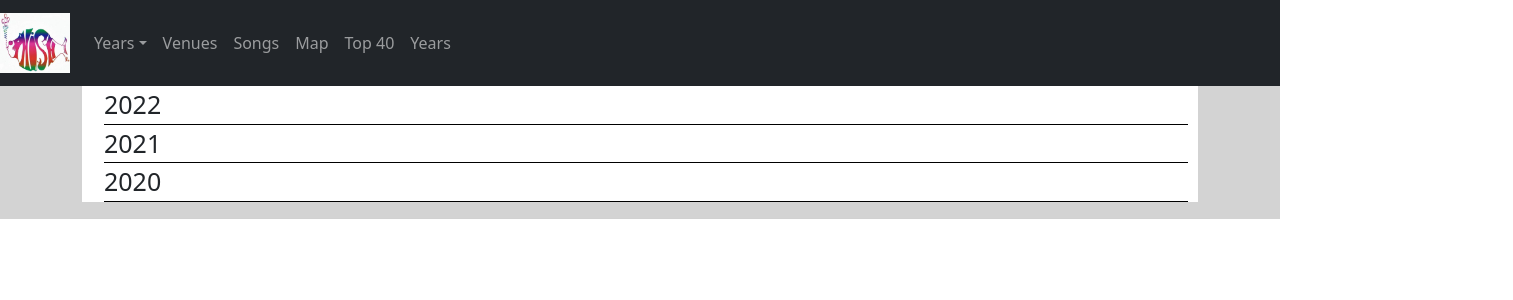
Repository: Jcparks84/gonePhishin
Page: / (app in my-app/)
These files come from the project's save history. The page is drawn as it stood at one moment and after a run of saves; the edit follows.
The browser window is 1280 px wide. The page is 1280 px wide, then 1513 px, so the pictures cover 1513 px, including what lies to the right of the window. The pictures show the whole page.
The page's requests for data from a server got no answer. The project was rebuilt for these pictures with package versions that can differ from the ones it lists, and the page was loaded fresh each time. No one was signed in, and anything a server would have sent is missing. Also part of the build but not shown: my-app/src/components/audioPlayer/audioPlayer.js.

Above is the page before, as saved 2022-08-16 18:27:30.

After the next 2 saves:
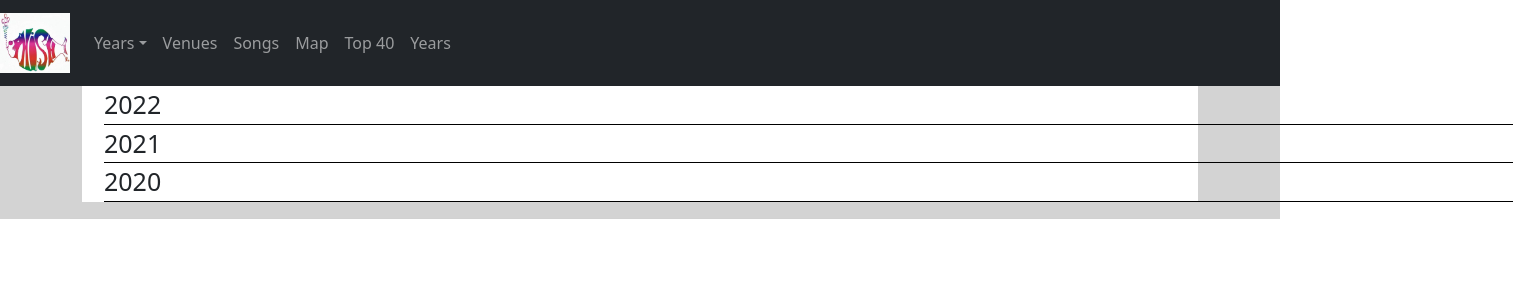
The 2 saves are shown as one change because they came seconds apart.
The last was saved 11 s later.
--- a/my-app/src/pages/yearPage/yearPage.css
+++ b/my-app/src/pages/yearPage/yearPage.css
@@ -16,7 +16,7 @@ li {
     text-align: left;
     font-size: 25px;
     border-bottom:solid black 1px;
-    width: 100%;    margin-left:-10px;
+    width: 130%;    margin-left:-10px;
 }
 
 ul {
